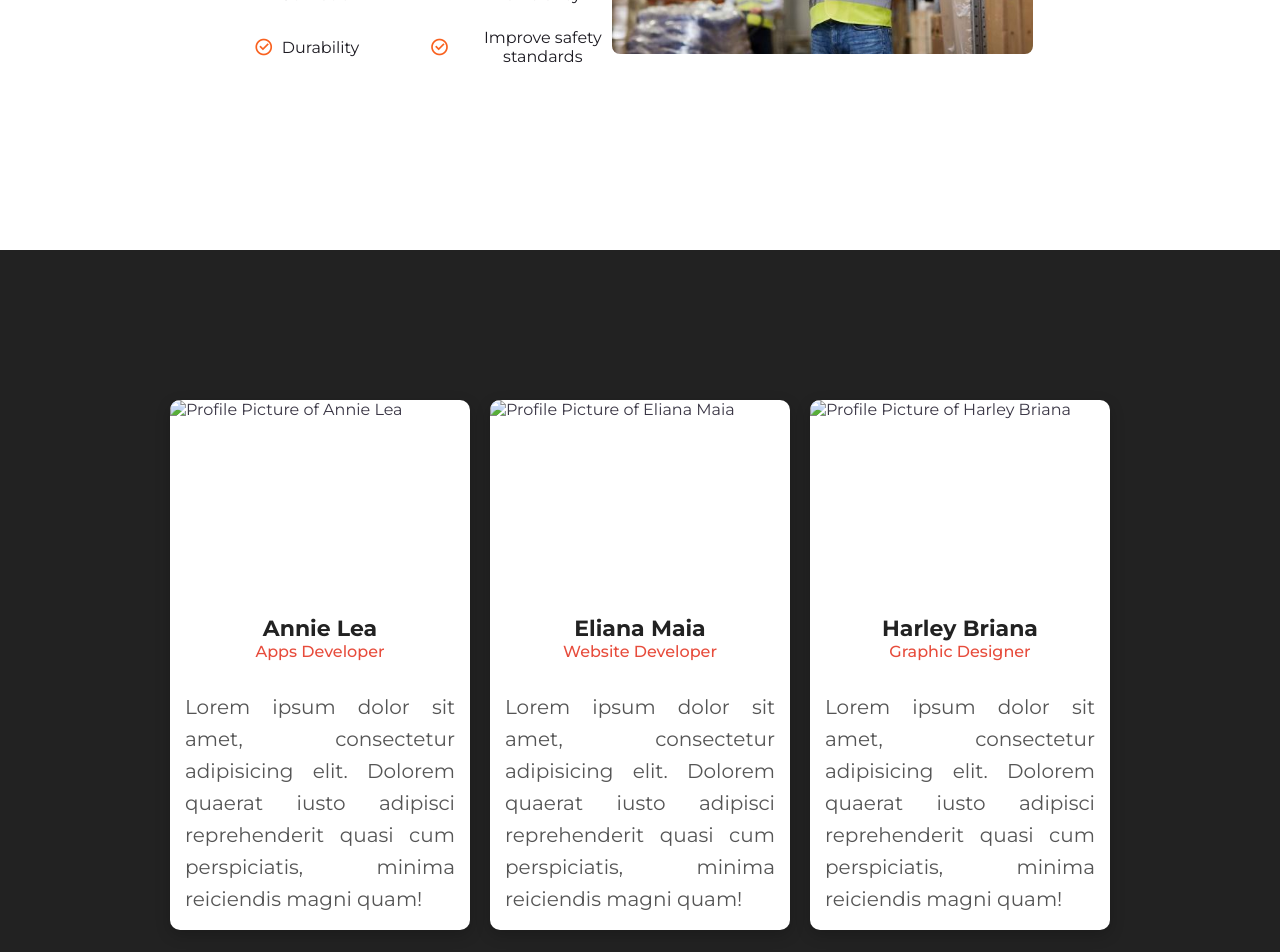
Repository: jahatesu/shelves-and-storage-equipment
Page: index.html
These files come from the project's save history. The page is drawn as it stood at one moment and after the next save; the edit follows.
The browser window is 1280 px wide. The pictures show the part of the page from y = 1169 to 2121 px (the page is 7059 px tall before and 7824 px after).
A picture or video elsewhere on the page could not be fetched, so the positions and the page height are approximate. Backgrounds fixed to the window are drawn as part of the page. Some web fonts or font styles are not loaded; a fallback is used. Some web libraries are served in a nearby version.

Above is the page before, as saved 2025-01-24 20:40:25.
Console error: TypeError: Cannot read properties of null (reading 'querySelector')

After the next save:
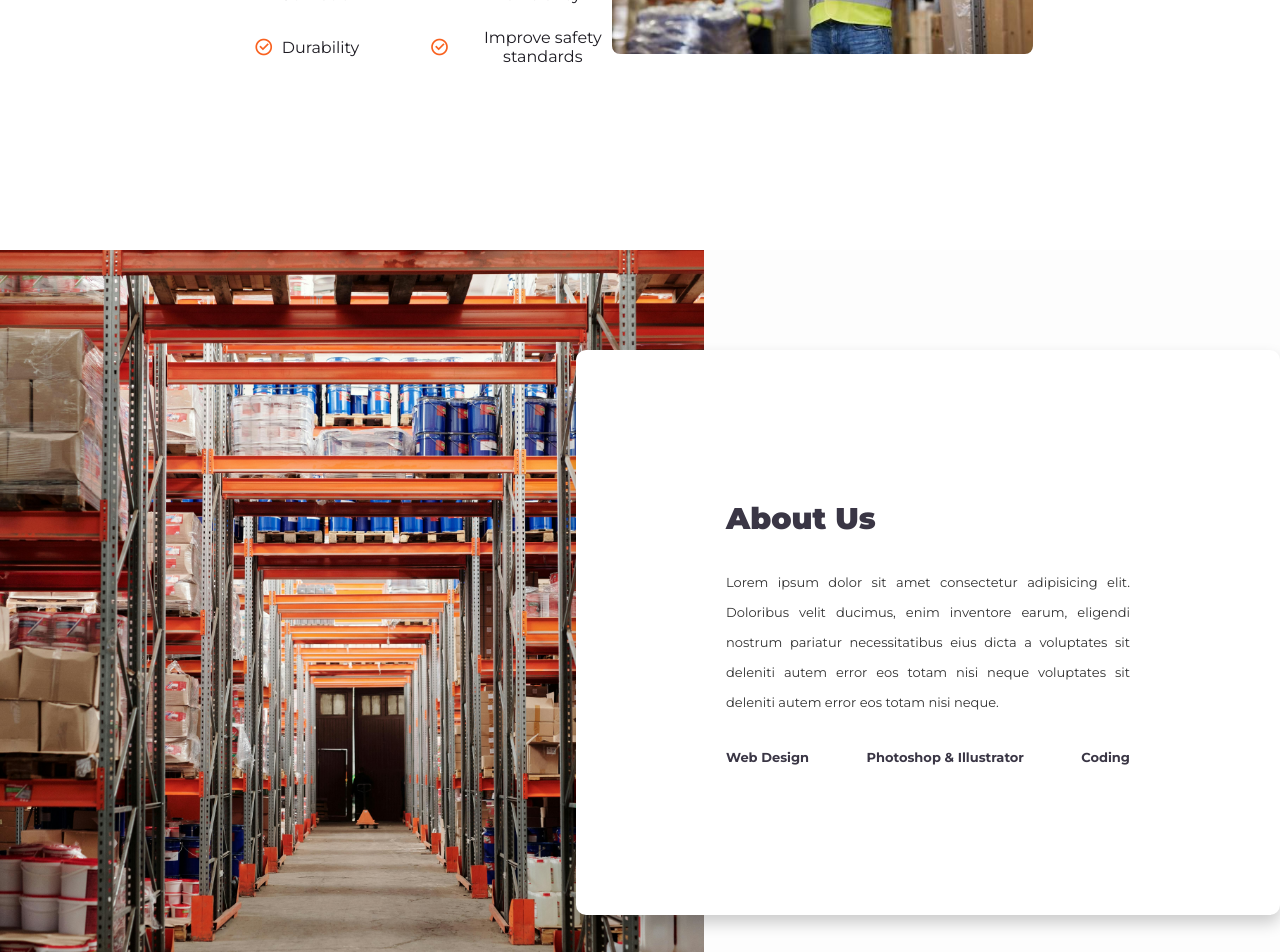
Saved 4 s later.
--- a/index.html
+++ b/index.html
@@ -84,6 +84,22 @@
         </div>
     </div>
 </section>
+
+    <!-- about -->
+
+    <div class="about-section">
+        <div class="inner-container">
+            <h1>About Us</h1>
+            <p class="text">
+                Lorem ipsum dolor sit amet consectetur adipisicing elit. Doloribus velit ducimus, enim inventore earum, eligendi nostrum pariatur necessitatibus eius dicta a voluptates sit deleniti autem error eos totam nisi neque voluptates sit deleniti autem error eos totam nisi neque.
+            </p>
+            <div class="skills">
+                <span>Web Design</span>
+                <span>Photoshop & Illustrator</span>
+                <span>Coding</span>
+            </div>
+        </div>
+    </div>
 
 <!-- Services Section -->
 <div class="services-container">
